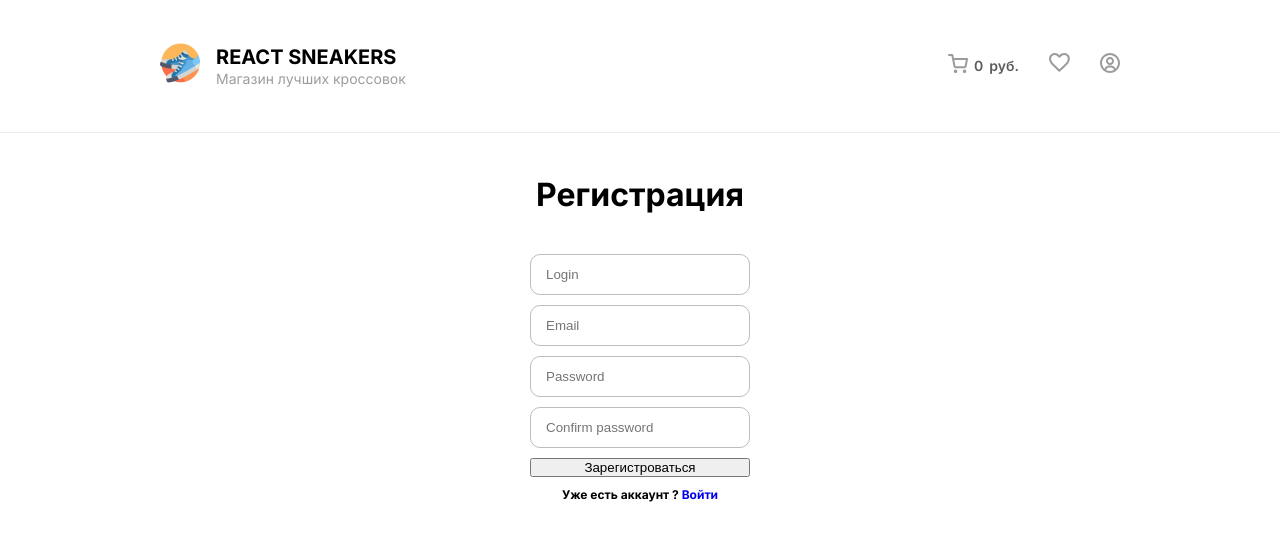
Repository: maxbirimkulov/sneakers20
Page: src/pages/register.html
These files come from the project's save history. The page is drawn as it stood at one moment and after the next save; the edit follows.
The browser window is 1280 px wide. The pictures show the whole page.
The style sheet was rebuilt from its Sass, Less or Tailwind sources for each picture, by a compiler version that may differ from the author's.

Above is the page before, as saved 2022-11-12 20:53:39.

### src/pages/register.html
<!DOCTYPE html>
<html lang="en">
  <head>
    <meta charset="UTF-8" />
    <meta
      name="viewport"
      content="width=device-width, user-scalable=no, initial-scale=1.0, maximum-scale=1.0, minimum-scale=1.0"
    />
    <meta http-equiv="X-UA-Compatible" content="ie=edge" />
    <title>Document</title>
    <link rel="stylesheet" href="../css/style.css" />
  </head>
  <body>
    <div class="floor">
      <header class="header">
        <div class="container">
          <nav class="header__nav">
            <div class="header__logo">
              <img
                src="../images/mainLogo.png"
                alt="Logo"
                class="header__logo-img"
              />
              <div class="header__logo-text">
                <h1 class="header__logo-title">
                  <a href="../../index.html" class="header__logo-title-link"
                    >react sneakers</a
                  >
                </h1>
                <p class="header__logo-subtitle">
                  <a href="../../index.html" class="header__logo-subtitle"
                    >Магазин лучших кроссовок</a
                  >
                </p>
              </div>
            </div>
            <div class="header__links">
              <p class="header__links-basket">
                <span class="header__links-basket-logo"
                  ><svg
                    width="20"
                    height="20"
                    viewBox="0 0 20 20"
                    fill="none"
                    xmlns="http://www.w3.org/2000/svg"
                  >
                    <path
                      d="M7.54548 18.1818C7.99735 18.1818 8.36366 17.8155 8.36366 17.3636C8.36366 16.9118 7.99735 16.5455 7.54548 16.5455C7.09361 16.5455 6.72729 16.9118 6.72729 17.3636C6.72729 17.8155 7.09361 18.1818 7.54548 18.1818Z"
                      stroke="#9B9B9B"
                      stroke-width="2"
                      stroke-linecap="round"
                      stroke-linejoin="round"
                    />
                    <path
                      d="M16.5455 18.1818C16.9973 18.1818 17.3637 17.8155 17.3637 17.3636C17.3637 16.9118 16.9973 16.5455 16.5455 16.5455C16.0936 16.5455 15.7273 16.9118 15.7273 17.3636C15.7273 17.8155 16.0936 18.1818 16.5455 18.1818Z"
                      stroke="#9B9B9B"
                      stroke-width="2"
                      stroke-linecap="round"
                      stroke-linejoin="round"
                    />
                    <path
                      d="M1 1H4.27273L6.46545 11.9555C6.54027 12.3321 6.7452 12.6705 7.04436 12.9113C7.34351 13.1522 7.71784 13.2801 8.10182 13.2727H16.0545C16.4385 13.2801 16.8129 13.1522 17.112 12.9113C17.4112 12.6705 17.6161 12.3321 17.6909 11.9555L19 5.09091H5.09091"
                      stroke="#9B9B9B"
                      stroke-width="2"
                      stroke-linecap="round"
                      stroke-linejoin="round"
                    />
                  </svg>
                </span>
                <span class="total">0</span> руб.
              </p>
              <a href="./favorites.html" class="header__links-favorites"
                ><span class="header__links-favorites-logo"
                  ><svg
                    width="21"
                    height="19"
                    viewBox="0 0 21 19"
                    fill="none"
                    xmlns="http://www.w3.org/2000/svg"
                  >
                    <path
                      d="M15.1003 0C16.7293 0 18.0976 0.54932 19.2052 1.64796C20.3129 2.7466 20.8668 4.08759 20.8668 5.67092C20.8668 6.44643 20.7039 7.23002 20.3781 8.02169C20.0523 8.81335 19.6939 9.51616 19.303 10.1301C18.912 10.744 18.2523 11.5357 17.3238 12.5051C16.3953 13.4745 15.6134 14.2581 14.9781 14.8559C14.3428 15.4537 13.3248 16.3665 11.9239 17.5944L10.4089 18.9515L8.89403 17.6429C7.52572 16.3827 6.51577 15.4537 5.8642 14.8559C5.21262 14.2581 4.42258 13.4745 3.49408 12.5051C2.56559 11.5357 1.90586 10.744 1.51492 10.1301C1.12397 9.51616 0.773748 8.81335 0.464249 8.02169C0.15475 7.23002 0 6.44643 0 5.67092C0 4.08759 0.553841 2.7466 1.66152 1.64796C2.7692 0.54932 4.12123 0 5.71759 0C7.60717 0 9.17095 0.727041 10.4089 2.18112C11.6469 0.727041 13.2107 0 15.1003 0ZM10.5067 16.0918C12.1031 14.6701 13.2677 13.6118 14.0008 12.9171C14.7338 12.2224 15.5401 11.3903 16.4198 10.4209C17.2994 9.45153 17.9102 8.60332 18.2523 7.87628C18.5944 7.14924 18.7654 6.41412 18.7654 5.67092C18.7654 4.63691 18.4152 3.78061 17.7148 3.10204C17.0143 2.42347 16.1428 2.08418 15.1003 2.08418C14.3184 2.08418 13.5772 2.31037 12.8768 2.76276C12.1764 3.21514 11.6795 3.79677 11.3863 4.50765H9.43158C9.17095 3.79677 8.69041 3.21514 7.98997 2.76276C7.28952 2.31037 6.53206 2.08418 5.71759 2.08418C4.67507 2.08418 3.81173 2.42347 3.12757 3.10204C2.44342 3.78061 2.10134 4.63691 2.10134 5.67092C2.10134 6.41412 2.26423 7.14924 2.59002 7.87628C2.91581 8.60332 3.52666 9.45153 4.42258 10.4209C5.3185 11.3903 6.13297 12.2224 6.866 12.9171C7.59902 13.6118 8.74743 14.6701 10.3112 16.0918L10.4089 16.1888L10.5067 16.0918Z"
                      fill="#9B9B9B"
                    />
                  </svg> </span
              ></a>
              <a href="./register.html" class="header__links-user"
                ><span class="header__links-user-logo"
                  ><svg
                    width="20"
                    height="20"
                    viewBox="0 0 20 20"
                    fill="none"
                    xmlns="http://www.w3.org/2000/svg"
                  >
                    <path
                      fill-rule="evenodd"
                      clip-rule="evenodd"
                      d="M0 10C0 4.579 4.579 0 10 0C15.421 0 20 4.579 20 10C20 13.19 18.408 16.078 16 17.924V18H15.898C14.23 19.245 12.187 20 10 20C7.813 20 5.77 19.245 4.102 18H4V17.924C1.592 16.078 0 13.189 0 10ZM7.12347 15.236C6.59154 15.6639 6.22136 16.2604 6.074 16.927C7.242 17.604 8.584 18 10 18C11.416 18 12.758 17.604 13.926 16.927C13.7785 16.2605 13.4082 15.6641 12.8764 15.2362C12.3445 14.8083 11.6827 14.5744 11 14.573H9C8.3173 14.5742 7.6554 14.808 7.12347 15.236ZM13.7677 13.4117C14.5877 13.9574 15.2286 14.7329 15.61 15.641C17.077 14.182 18 12.176 18 10C18 5.663 14.337 2 10 2C5.663 2 2 5.663 2 10C2 12.176 2.923 14.182 4.39 15.641C4.77144 14.7329 5.41227 13.9574 6.23227 13.4117C7.05227 12.866 8.01501 12.5742 9 12.573H11C11.985 12.5742 12.9477 12.866 13.7677 13.4117ZM6 8C6 5.72 7.72 4 10 4C12.28 4 14 5.72 14 8C14 10.28 12.28 12 10 12C7.72 12 6 10.28 6 8ZM8 8C8 9.178 8.822 10 10 10C11.178 10 12 9.178 12 8C12 6.822 11.178 6 10 6C8.822 6 8 6.822 8 8Z"
                      fill="#9B9B9B"
                    />
                  </svg> </span
              ></a>
            </div>
          </nav>
        </div>
      </header>
      <div class="container">
        <div class="register">
          <h2 class="register__title">Регистрация</h2>
          <form class="register__form">
            <input class="register__input" type="text" placeholder="Login" />
            <input class="register__input" type="email" placeholder="Email" />
            <input
              class="register__input"
              type="password"
              placeholder="Password"
            />
            <input
              class="register__input"
              type="password"
              placeholder="Confirm password"
            />
            <button type="submit" class="register__btn">
              Зарегистроваться
            </button>
            <span class="register__sign"
              >Уже есть аккаунт ? <a href="./login.html">Войти</a></span
            >
          </form>
        </div>
      </div>
    </div>
    <script type="module" src="../js/register.js"></script>
  </body>
</html>

### src/js/register.js
import {changeUser, getUserFromLocalStorage} from './user.js'

getUserFromLocalStorage()


let formRegister = document.querySelector('.register')
formRegister.addEventListener('submit', (e) =>{
    e.preventDefault()

    let userData = {
        login:e.target[0].value,
        email:e.target[1].value,
        password:e.target[2].value
    }

    fetch('http://localhost:8080/register', {
        method: "POST",
        headers: {
            'Content-Type':  'application/json'
        },
        body: JSON.stringify(userData)
    }).then((res) => res.json())
        .then((res) => {
            changeUser({
                ...res.user,
                token: res.accessToken
            })
        })
        .catch((err) => console.log(err))

})

### src/js/user.js



export let user = {
    login : "",
    email : ""
}

export const getUserFromLocalStorage = () => {
    if (localStorage.getItem('user') !== null){
        user = JSON.parse(localStorage.getItem('user'))
    }
}


export const changeUser = (data) => {
    user = {...data}
    localStorage.setItem('user', JSON.stringify(user))
    location.href = 'http://localhost:63342/new%20project/index.html'
}

### src/css/style.scss
@import url('https://fonts.googleapis.com/css2?family=DM+Sans:wght@700&family=Inter:wght@400;500;600;700&display=swap');

* {
  margin: 0;
  padding: 0;
  box-sizing: border-box;
  text-decoration: none;
  list-style-type: none;
  transition: 0.3s;
}
.container {
  max-width: 1050px;
  padding: 0 45px;
  margin: 0 auto;
}
$int: 'inter', sans-serif;

@mixin text($ff, $fs, $fw, $fz, $lh, $col) {
  font-family: $ff;
  font-style: $fs;
  font-weight: $fw;
  font-size: $fz;
  @if $lh > 0 {
    line-height: $lh;
  }
  color: $col;
}
body,
.floor {
  background-color: #fff;
}
@import '_header.scss';
@import '_main.scss';
@import '_assort.scss';
@import '_basketPopup.scss';
@import '_card.scss';
@import '_basket.scss';
@import '_favorites.scss';
@import '_basketNone.scss';
@import '_register';

### src/css/_header.scss
.header {
  padding: 43px 0 45px;
  &__nav {
    display: flex;
    justify-content: space-between;
    align-items: center;
  }
  &__logo {
    display: flex;
    &-img {
      width: 40px;
      height: 40px;
    }
    &-text {
      margin-left: 16px;
    }
    &-title {
      &-link {
        @include text($int, normal, 700px, 20px, 0, #000000);
        text-transform: uppercase;
      }
    }
    &-subtitle {
      @include text($int, normal, 400, 14px, 0, #9d9d9d);
    }
  }
  &__links {
    display: flex;
    &-basket {
      display: flex;
      gap: 6px;
      align-items: center;
      @include text($int, normal, 600, 14px, 0, #5c5c5c);
      margin-left: 10px;
      cursor: pointer;
    }
    &-favorites {
      margin: 0 30px;
    }
  }
  border-bottom: 1px solid #eaeaea;
}

### src/css/_main.scss
.swiper {
  width: 100%;
  height: 100%;
}

.swiper-slide {
  display: -webkit-box;
  display: -ms-flexbox;
  display: -webkit-flex;
  display: flex;
  -webkit-box-pack: center;
  -ms-flex-pack: center;
  -webkit-justify-content: center;
  justify-content: center;
  -webkit-box-align: center;
  -ms-flex-align: center;
  -webkit-align-items: center;
  align-items: center;
}

.swiper__icon{
  &-next{
    background-color: white;
    border-radius: 50%;
    cursor: pointer;
    position: absolute;
    right: 0;
    top: 50%;
    transform: translateY(-50%),;
    z-index: 2;
    padding: 8px 14px;
    display: flex;
    justify-content: center;
    align-items: center;
    transition: 0.2s;
    -webkit-box-shadow: 0px 0px 11px 5px rgba(0, 0, 0, 0.01);
    -moz-box-shadow: 0px 0px 11px 5px rgba(0, 0, 0, 0.01);
    box-shadow: 0px 0px 11px 5px rgba(0, 0, 0, 0.01);
    &:hover{
      transition: 0.2s;
      -webkit-box-shadow: 0px 0px 11px 5px rgba(0, 0, 0, 0.07);
      -moz-box-shadow: 0px 0px 11px 5px rgba(0, 0, 0, 0.07);
      box-shadow: 0px 0px 11px 5px rgba(0, 0, 0, 0.07);
    }
  }
  &-prev{
    background-color: white;
    border-radius: 50%;
    position: absolute;
    left: 0;
    top: 50%;
    cursor: pointer;
    transform:translateY(-50%) rotate(180deg);
    z-index: 2;
    padding: 8px 14px;
    display: flex;
    justify-content: center;
    align-items: center;
    transition: 0.2s;
    -webkit-box-shadow: 0px 0px 11px 5px rgba(0, 0, 0, 0.01);
    -moz-box-shadow: 0px 0px 11px 5px rgba(0, 0, 0, 0.01);
    box-shadow: 0px 0px 11px 5px rgba(0, 0, 0, 0.01);
    &:hover{
      transition: 0.2s;
      -webkit-box-shadow: 0px 0px 11px 5px rgba(0, 0, 0, 0.07);
      -moz-box-shadow: 0px 0px 11px 5px rgba(0, 0, 0, 0.07);
      box-shadow: 0px 0px 11px 5px rgba(0, 0, 0, 0.07);
    }
  }
}

.main{
  &__swipe{
    &-block{
      background-color: #F4EFE9;
      border-radius: 20px;
      max-height: 300px;
      display: flex;
      align-items: center;
      justify-content: space-between;
      width: 100%;
    }
    &-box{
      position: relative;
      padding: 16px 0 20px 51px;
      min-height: 300px;
      &-scn{
        margin: 0;
        padding: 0;
        max-width: 641.18px;
      }
      &-desc{
        @include text($int,normal,700,38px,46px,#8BB43C);
        margin: 32px 17.45px 10.45px 35px;
        &-black{
          color: black;
        }
      }
      &-btn{
        position: absolute;
        padding: 14px 60px;
        border-radius: 110px;
        @include text($int,normal,700px,16px, 0, white);
        text-transform: uppercase;
        background-color: #A5D364;
        bottom: 45px;
        left: 27%;
        transform: translate(-50%, -50);
        transition: 0.2s;
        &:hover{
          transition: 0.2s;
          transform: scale(1.1);
        }
      }
      &-img{
        width: 100%;
      }
    }
  }
}

### src/css/_assort.scss
.main__assort {
  &-topContent {
    display: flex;
    flex-wrap: wrap;
    justify-content: space-between;
    padding: 37px 0 36px;
    width: 100%;
  }
  &-filter {
    display: flex;
    justify-content: space-between;
    align-items: center;
    gap: 10px;
  }
  &-select {
    background: transparent;
    border: 1px solid #bdbdbd;
    border-radius: 8px;
    padding: 0 10px;
    height: 40px;
  }
  &-form {
    margin: 15px 0 0;
    display: flex;
    align-items: center;
    position: relative;
    &-input {
      border-radius: 10px;
      border: 1px solid #bdbdbd;
      outline: none;
      padding: 13px 40px 15px 46px;
      max-width: 250px;
      &::-webkit-input-placeholder {
        color: #c4c4c4;
      }
      &::-moz-placeholder {
        color: #c4c4c4;
      }
      &:-ms-input-placeholder {
        color: #c4c4c4;
      }
      &::-ms-input-placeholder {
        color: #c4c4c4;
      }
      &::placeholder {
        color: #c4c4c4;
      }
      &::-webkit-search-cancel-button {
        position: absolute;
        right: 18px;
        cursor: pointer;
        color: #5c5c5c;
      }
    }
    &-icon {
      position: absolute;
      left: 18px;
      top: 50%;
      transform: translateY(-50%);
    }
  }
  &-title {
    @include text($int, normal, 700, 32px, 0, black);
  }
  &-mainContent {
    min-height: 700px;
    position: relative;
    display: flex;
    justify-content: center;
    align-items: center;
    flex-wrap: wrap;
    gap: 40px;
    &-shoes {
      border: 1px solid #bdbdbd;
      border-radius: 40px;
      padding: 20px 29px 34px 30px;
      max-width: 210px;
    }
    &-favorites {
      display: inline-block;
      position: absolute;
      border: 1px solid #f8f8f8;
      border-radius: 7px;
      padding: 9.6px 9.07px 3.59px;
      cursor: pointer;
      &:hover {
        transform: scale(1.13);
        background-color: rgba(253, 239, 239, 0.87);
        transition: 0.2s;
      }
      &-active {
        display: none;
        position: absolute;
        background-color: #fef0f0;
        border: 1px solid transparent;
        border-radius: 7px;
        padding: 9.6px 9.07px 3.59px;
        cursor: pointer;
      }
    }
    &-product {
      &-desc {
        @include text($int, normal, 400, 14px, 17px, black);
      }
      &-pricesDesc {
        margin-top: 14px;
        display: flex;
        justify-content: space-between;
        align-items: center;
        &-price {
          @include text($int, normal, 500, 11px, 13px, #bdbdbd);
          text-transform: uppercase;
        }
        &-cost {
          @include text($int, normal, 700, 14px, 17px, black);
        }
        &-addBask {
          cursor: pointer;
          display: inline-block;
          padding: 5.33px 8.33px;
          border: 1px solid #f2f2f2;
          border-radius: 8px;
          transition: 0.2s;
          &:hover {
            transform: scale(1.13);
            background-color: rgba(253, 239, 239, 0.87);
            transition: 0.2s;
          }
          &-active {
            cursor: pointer;
            max-height: 32px;
            max-width: 32px;
            padding: 5.33px 8.33px;
            border: 1px solid white;
            border-radius: 8px;
            background: linear-gradient(180deg, #89f09c 0%, #3cc755 100%);
            transition: 0.2s;
            &:hover {
              transform: scale(1.13);
              transition: 0.2s;
            }
          }
        }
      }
    }
  }
}

### src/css/_basketPopup.scss
.basket {
  transform: translateX(100%);
  background: rgba(0, 00, 000, 0.4);
  height: 100vh;
  width: 100vw;
  z-index: 100;
  position: fixed;
  left: 0;
  top: 0;
  bottom: 0;
  &__cards {
    margin-top: 20px;
    max-height: 400px;
    overflow-y:  scroll;
    display: flex;
    gap: 20px;
    flex-wrap: wrap;
  }

  &__card {
    position: relative;  width: 100%;  height: 120px;  padding: 0 30px;    background: #FFFFFF;  border: 1px solid #F3F3F3;  border-radius: 20px;  &:hover {
    box-shadow: 0px 14px 30px 0px rgba(0, 0, 0, 0.05);  }
    &-img {
      position: absolute;    left: 20px;    top: 50%;    transform: translateY(-50%);    max-width: 80px;  }
    &__name {
      position: absolute;    width: 133px;    height: 36px;    overflow: hidden;    left: 120px;    top: 30px;    font-family: 'Inter', sans-serif;    font-style: normal;    font-weight: 400;    font-size: 14px;    line-height: 17px;    color: #000000;  }
    &__sum {
      position: absolute;    left: 120px;    bottom: 30px;    font-family: 'Inter', sans-serif;    font-style: normal;    font-weight: 700;    font-size: 14px;color: #000000;  }
    &__X {
      position: absolute;    right: 20px;    top: 50%;    transform: translateY(-50%);    max-width: 70px;    cursor: pointer;  }
  }
  &.show {
    transform: translateX(0%);
  }
  &__content {
    display: flex;
    flex-direction: column;
    justify-content: space-between;
    background: #fff;
    position: fixed;
    padding: 30px;
    height: 100vh;
    width: 385px;
    top: 0;
    right: 0;
  }
  &__title {
    @include text($int, normal, 700, 24px, 29px, #000000);
  }
  &__text {
    display: flex;
    justify-content: space-between;
    margin-bottom: 19px;
    &:last-of-type {
      margin-bottom: 24px;
    }
    &-desc {
      @include text($int, normal, 400, 16px, 19px, #000000);
    }
    &-sum {
      @include text($int, normal, 600, 16px, 19px, #000000);
    }
  }
  &__btn {
    @include text($int, normal, 600, 16px, 19px, #fff);
    padding: 12px 0;
    background: #9dd558;
    border-radius: 18px;
    border: 1px solid #9dd558;
    width: 100%;
  }
}

.name {
  font-size: 30px;
  color: red;
  text-align: center;
}

### src/css/_card.scss
.info {
  background: antiquewhite;
  padding: 40px 0;
  &__block {
    display: flex;
    flex-wrap: wrap;
    -moz-column-gap: 40px;
         column-gap: 40px;
    row-gap: 40px;
  }
  &__card {
    width: calc(25% - 30px);
    background: #ffffff;
    border: 1px solid #f3f3f3;
    border-radius: 40px;
    padding: 20px 40px;
    cursor: pointer;
    transition: 0.2s;
    &:hover {
      background: #ffffff;
      border: 1px solid #f8f8f8;
      box-shadow: 0 14px 30px rgba(0, 0, 0, 0.05);
      border-radius: 40px;
      transition: 0.2s;
      transform: scale(1.05);
    }
  }
  &__desc {
    @include text($int, normal, 400, 14px, 17px, #000);
    margin: 14px 0;
  }
  &__bottom {
    display: flex;
    justify-content: space-between;
  }
  &__sel {
    @include text($int, normal, 500, 11px, 13px, #bdbdbd);
    text-transform: uppercase;
  }
  &__sum {
    @include text($int, normal, 700, 14px, 17px, #000);
  }
}

### src/css/_basket.scss
.basket__main{
  &-topContent{
    padding: 42px 0 40px;
    &-nav{
      display: flex;
      align-items: center;
      gap: 21px;
    }
    &-title{
      @include text($int, normal, 700, 32px, 0, black)
    }
    &-link{
      padding: 8px 14px;
      max-width: 35px;
      max-height: 35px;
      display: flex;
      justify-content: center;
      align-items: center;
      border: 1px solid #F2F2F2;
      border-radius: 8px;
    }
  }
  &-mainContent{
    &-assort{
      display: flex;
      flex-wrap: wrap;
      gap: 40px;
    }
  }
}

### src/css/_favorites.scss
.main__assort-mainContent-favorites{
  &-off{
    display: none;
  }
  &-on{
    display: inline-block;
  }
}

### src/css/_basketNone.scss
.basketNone__main {
  display: flex;
  justify-content: center;
  align-items: center;
  padding: 240px 0;
  &-none {
    display: flex;
    flex-wrap: wrap;
    justify-content: center;
    align-items: center;
    max-width: 280px;
    &-text{
      text-align: center;
    }
    &-title {
      margin-top: 24px;
      text-align: center;
      @include text($int, normal, 600, 24px, 0, black);
    }

    &-desc {
      text-align: center;
      margin: 11px 0 41px;
      @include text($int, normal, 400, 16px, 24px, black);
    }

    &-link {
      padding: 17px 40px 19px;
      background-color: #9DD458;
      border-radius: 18px;
      @include text($int, normal, 400, 16px, 0, white);

      &-icon {
        margin-right: 17px;

      }
    }
  }
}

### src/css/_register.scss
.register {
  &__title {
    @include text($int, normal, 700, 32px, 0, black);
    margin: 42px auto 40px;
    text-align: center;
  }
  &__form {
    margin: 0 auto;
    display: flex;
    flex-direction: column;
    justify-content: center;
    max-width: 220px;
    gap: 10px;
    text-align: center;
  }
  &__input {
    padding: 12px 15px;
    border-radius: 10px;
    border: 1px solid #bdbdbd;
  }
  &__sign {
    @include text($int, normal, 700, 12px, 0, black);
  }
}

After the next save:
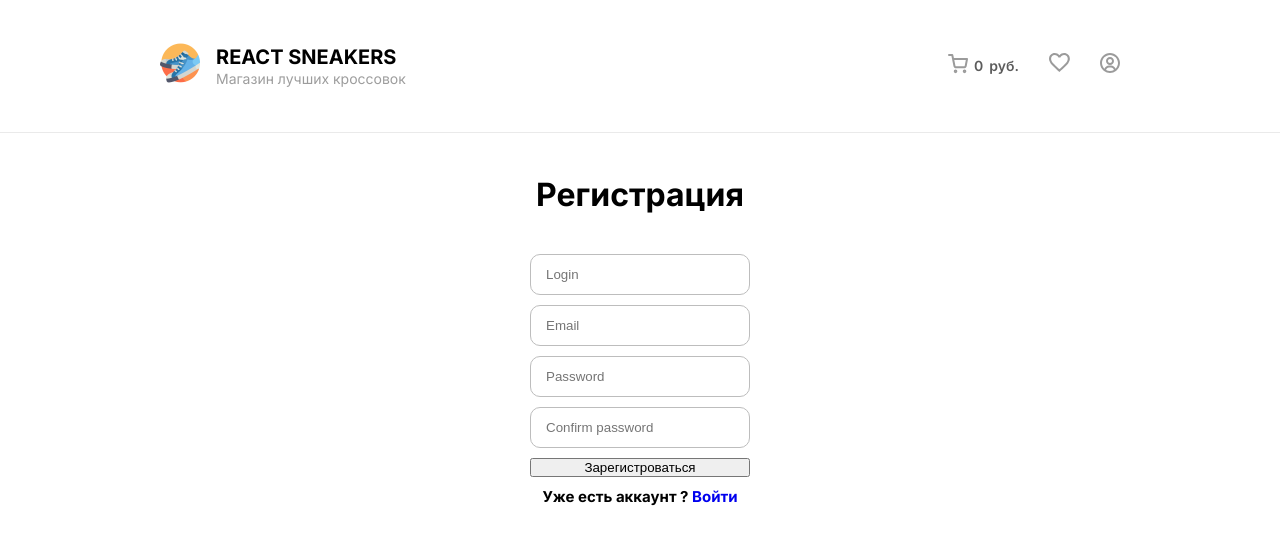
Saved 5 s later.
--- a/src/css/_register.scss
+++ b/src/css/_register.scss
@@ -19,6 +19,6 @@
     border: 1px solid #bdbdbd;
   }
   &__sign {
-    @include text($int, normal, 700, 12px, 0, black);
+    @include text($int, normal, 700, 15px, 0, black);
   }
 }
